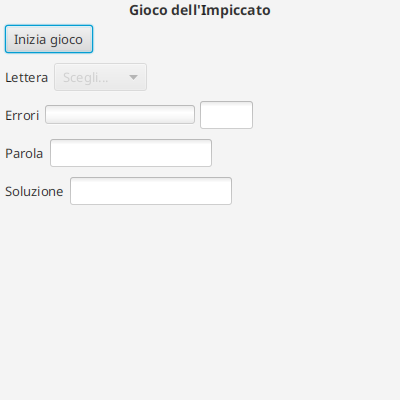
Repository: salvoemme/Java---Workspace
Program's window: java Laboratorio02Esercizio03ImpicatoFC/src/it/polito/tdp/impiccato/Main.java
These files come from the project's save history. The program's window is drawn as it stood at one moment and after the next save; the edit follows.
It runs on Java 21 on a 1366 x 768 screen with JavaFX 11; the title bar is not drawn.

Above is the program's window before, as saved 2015-05-31 17:55:26.

After the next save:
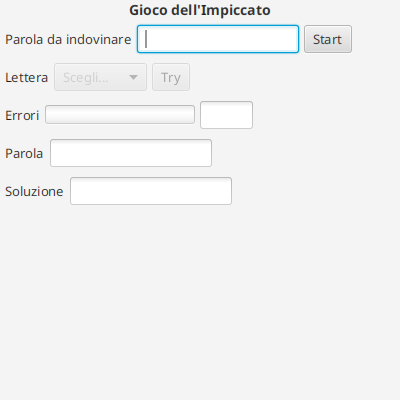
Saved 4 min 48 s later.
--- a/Laboratorio02Esercizio03ImpicatoFC/src/it/polito/tdp/impiccato/Impiccato.fxml
+++ b/Laboratorio02Esercizio03ImpicatoFC/src/it/polito/tdp/impiccato/Impiccato.fxml
@@ -7,7 +7,8 @@
 <?import javafx.scene.layout.*?>
 <?import javafx.scene.layout.BorderPane?>
 
-<BorderPane xmlns="http://javafx.com/javafx/8" xmlns:fx="http://javafx.com/fxml/1" fx:controller="it.polito.tdp.impiccato.ImpiccatoController">
+
+<BorderPane xmlns:fx="http://javafx.com/fxml/1" xmlns="http://javafx.com/javafx/8" fx:controller="it.polito.tdp.impiccato.ImpiccatoController">
    <top>
       <Label text="Gioco dell'Impiccato" BorderPane.alignment="CENTER">
          <font>
@@ -20,13 +21,16 @@
          <children>
             <HBox fx:id="boxSegreto" alignment="CENTER_LEFT" spacing="5.0">
                <children>
-                  <Button fx:id="btnStart" mnemonicParsing="false" onAction="#doStart" text="Inizia gioco" />
+                  <Label text="Parola da indovinare" />
+                  <TextField fx:id="txtSegreto" promptText="Inserisci..." />
+                  <Button fx:id="btnStart" mnemonicParsing="false" onAction="#doStart" text="Start" />
                </children>
             </HBox>
             <HBox alignment="CENTER_LEFT" spacing="5.0">
                <children>
                   <Label text="Lettera" />
                   <ComboBox fx:id="comboLettera" disable="true" onAction="#doTry" promptText="Scegli..." />
+                  <Button fx:id="btnTry" disable="true" mnemonicParsing="false" onAction="#doTry" text="Try" />
                </children>
             </HBox>
             <HBox alignment="CENTER_LEFT" spacing="5.0">
